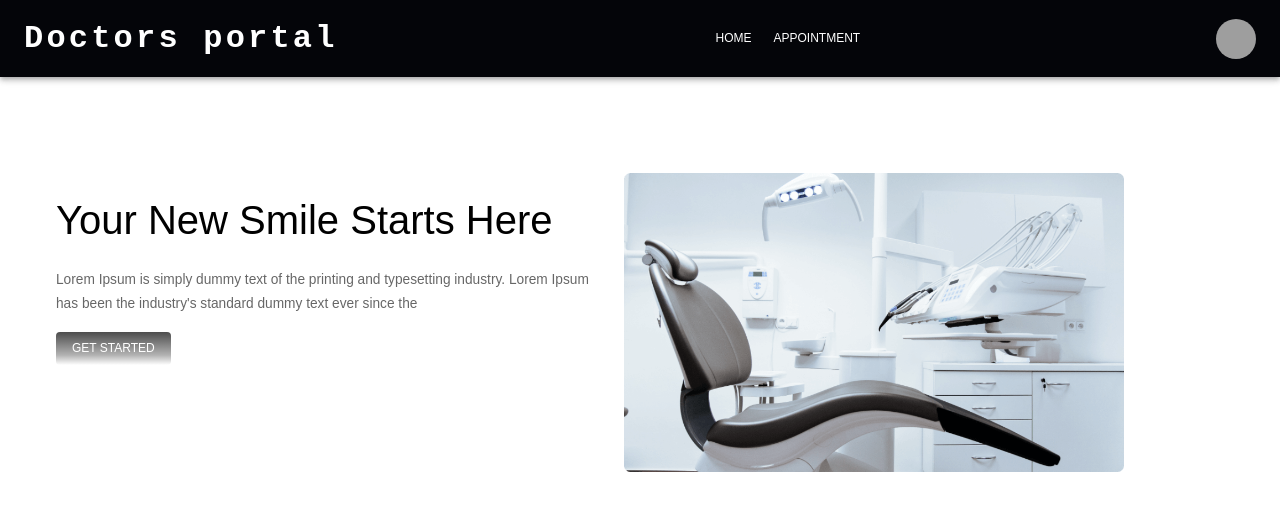
Repository: mdrubel02/health-care
Page: /home
An editor plug-in stored every save of this project. The page is shown before and after the next save, followed by the edit.
The browser window is 1280 px wide. The pictures show the whole page.
Pictures or frames that could not be fetched are drawn as grey boxes. The project was rebuilt for these pictures with package versions that can differ from the ones it lists, and the page was loaded fresh each time. Also part of the build but not shown: src/Pages/Appointment/Appointment.js.

Above is the page before, as saved 2022-11-15 10:49:35.

### src/index.js
import React from 'react';
import ReactDOM from 'react-dom';
import './index.css';
import App from './App';
import reportWebVitals from './reportWebVitals';
import { ColorContextProvider } from './Theme/Theme';

ReactDOM.render(
  <React.StrictMode>
    <ColorContextProvider>
      <App />
    </ColorContextProvider>
  </React.StrictMode>,
  document.getElementById('root')
);

// If you want to start measuring performance in your app, pass a function
// to log results (for example: reportWebVitals(console.log))
// or send to an analytics endpoint. Learn more: https://bit.ly/CRA-vitals
reportWebVitals();

### src/App.js
import { RouterProvider } from 'react-router-dom';
import router from './Layout/router';

function App() {
  return (
    <div>
     <RouterProvider router={router}></RouterProvider>
    </div>
  );
}

export default App;

### src/Theme/Theme.js
import { createTheme, ThemeProvider } from "@mui/material";
import { createContext, useMemo, useState } from "react";

// color design tokens export
export const DrawerWidth = 250;
export const tokens = (mode) => ({
    ...(mode === "dark"
        ? {
            grey: {
                100: "#e0e0e0",
                200: "#c2c2c2",
                300: "#a3a3a3",
                400: "#858585",
                500: "#666666",
                600: "#525252",
                700: "#3d3d3d",
                800: "#292929",
                900: "#141414",
            },
            primary: {
                100: "#d0d1d5",
                200: "#a1a4ab",
                300: "#727681",
                400: "#1F2A40",
                500: "#141b2d",
                600: "#101624",
                700: "#0c101b",
                800: "#080b12",
                900: "#040509",
            },
            greenAccent: {
                100: "#dbf5ee",
                200: "#b7ebde",
                300: "#94e2cd",
                400: "#70d8bd",
                500: "#4cceac",
                600: "#3da58a",
                700: "#2e7c67",
                800: "#1e5245",
                900: "#0f2922",
            },
            redAccent: {
                100: "#f8dcdb",
                200: "#f1b9b7",
                300: "#e99592",
                400: "#e2726e",
                500: "#db4f4a",
                600: "#af3f3b",
                700: "#832f2c",
                800: "#58201e",
                900: "#2c100f",
            },
            blueAccent: {
                100: "#e1e2fe",
                200: "#c3c6fd",
                300: "#a4a9fc",
                400: "#868dfb",
                500: "#6870fa",
                600: "#535ac8",
                700: "#3e4396",
                800: "#2a2d64",
                900: "#151632",
            },
        }
        : {
            grey: {
                100: "#141414",
                200: "#292929",
                300: "#3d3d3d",
                400: "#525252",
                500: "#666666",
                600: "#858585",
                700: "#a3a3a3",
                800: "#c2c2c2",
                900: "#e0e0e0",
            },
            primary: {
                100: "#040509",
                200: "#080b12",
                300: "#0c101b",
                400: "#f2f0f0", // manually changed
                500: "#141b2d",
                600: "#1F2A40",
                700: "#727681",
                800: "#a1a4ab",
                900: "#d0d1d5",
            },
            greenAccent: {
                100: "#0f2922",
                200: "#1e5245",
                300: "#2e7c67",
                400: "#3da58a",
                500: "#4cceac",
                600: "#70d8bd",
                700: "#94e2cd",
                800: "#b7ebde",
                900: "#dbf5ee",
            },
            redAccent: {
                100: "#2c100f",
                200: "#58201e",
                300: "#832f2c",
                400: "#af3f3b",
                500: "#db4f4a",
                600: "#e2726e",
                700: "#e99592",
                800: "#f1b9b7",
                900: "#f8dcdb",
            },
            blueAccent: {
                100: "#151632",
                200: "#2a2d64",
                300: "#3e4396",
                400: "#535ac8",
                500: "#6870fa",
                600: "#868dfb",
                700: "#a4a9fc",
                800: "#c3c6fd",
                900: "#e1e2fe",
            },
        }),
});

// mui theme settings
export const themeSettings = (mode) => {
    const colors = tokens(mode);
    return {
        palette: {
            mode: mode,
            ...(mode === "dark"
                ? {
                    // palette values for dark mode
                    primary: {
                        main: colors.primary[500],
                    },
                    secondary: {
                        main: colors.greenAccent[500],
                    },
                    neutral: {
                        dark: colors.grey[700],
                        main: colors.grey[500],
                        light: colors.grey[100],
                    },
                    background: {
                        default: colors.primary[500],
                    },
                }
                : {
                    // palette values for light mode
                    primary: {
                        main: colors.primary[100],
                    },
                    secondary: {
                        main: colors.greenAccent[500],
                    },
                    neutral: {
                        dark: colors.grey[700],
                        main: colors.grey[500],
                        light: colors.grey[100],
                    },
                    background: {
                        default: "#fcfcfc",
                    },
                }),
        },
        components: {

            MuiButton: {
                defaultProps: {
                    disableRipple: true,
                    disableElevation: true,
                    styleOverrides: {
                        textDecoration: 'none',
                        "&:hover": {
                            color: "#fff"
                        }
                    },
                },
                MuiTooltip: {
                    defaultProps: {
                      arrow: true,
                    },
                    styleOverrides: {
                      tooltip: {
                        background: '',
                      },
                      arrow: {
                        color: '',
                      },
                    },
                  },
            },
            MuiDrawer: {
                styleOverrides: {
                  paper: {
                    width: DrawerWidth,
                    background: '',
                    color: '',
                    borderRadius: '0px 100px 0px 0px',
                    borderRight: `1px solid `
                  }
                }
              },
              MuiDivider: {
                styleOverrides: {
                  root: {
                    borderColor: 'gray'
                  }
                }
              },
        },
        typography: {
            fontFamily: ["Source Sans Pro", "sans-serif"].join(","),
            fontSize: 12,
            h1: {
                fontFamily: ["Source Sans Pro", "sans-serif"].join(","),
                fontSize: 40,
            },
            h2: {
                fontFamily: ["Source Sans Pro", "sans-serif"].join(","),
                fontSize: 32,
            },
            h3: {
                fontSize: '1.3rem',
                letterSpacing: '0rem',
                '@media (min-width:600px)': {
                  fontSize: '2rem',
                },
            },
            h4: {
                fontFamily: ["Source Sans Pro", "sans-serif"].join(","),
                fontSize: 20,
            },
            h5: {
                fontFamily: ["Source Sans Pro", "sans-serif"].join(","),
                fontSize: 16,
            },
            h6: {
                fontFamily: ["Source Sans Pro", "sans-serif"].join(","),
                fontSize: 14,
            },
        },
    };
};

export const ColorModeContext = createContext({
    toggleMode: () => { },
    mode: "light"
})


export const ColorContextProvider = ({ children }) => {
    const [mode, setMode] = useState("light")

    const colorMode = useMemo(() => ({
        toggleMode: () => setMode(prevMode => prevMode === "light" ? "dark" : "light"),
        mode
    }), [mode])
    const theme = useMemo(() => createTheme(themeSettings(mode)), [mode]);

    return (
        <ColorModeContext.Provider value={colorMode}>
            <ThemeProvider theme={theme}>
                {children}
            </ThemeProvider>
        </ColorModeContext.Provider>
    )
}

### src/Layout/router.js
import { createBrowserRouter } from "react-router-dom";
import Appointment from "../Pages/Appointment/Appointment";
import Home from "../Pages/Home/Home";
import Main from "./Main";


const router = createBrowserRouter([{
    path: '/',
    element: <Main/>,
    children: [
        {path: '/',element: <Home/>},
        {path: '/home',element: <Home/>},
        {path: '/appointment',element: <Appointment/>},
    ]
}])
export default router;

### src/Pages/Home/Home.js
import { Container } from '@mui/material';
import React from 'react';
import Banner from './Banner/Banner';

const Home = () => {
    return (
        <Container>
           <Banner />
        </Container>
    );
};

export default Home;

### src/Layout/Main.js
import React from 'react';
import { Outlet } from 'react-router-dom';
import Header from '../Pages/Header/Header';

const Main = () => {
    return (
        <div>
           <Header/>
           <Outlet/>

        </div>
    );
};

export default Main;

### src/Pages/Home/Banner/Banner.js
import React from 'react';
import { Box, Button, CardContent, CardMedia, Grid, Typography } from '@mui/material';
import chair from '../../../assets/images/chair.png'

const Banner = () => {
    return (
        <Box sx={{  marginTop: '8rem', marginBottom: '3rem' }}>
            <Grid sx={{ flexGrow: 2}} container spacing={4}  >
                <Grid xs={12} md={12} lg={6}>
                    <Box sx={{ padding: '.5rem' }}>
                        <CardContent sx={{ flex: '1 0 auto' }}>
                            <Typography component="div" variant="h1" marginBottom='1.5rem'>
                                Your New Smile Starts Here
                            </Typography>
                            <Typography variant="subtitle1" color="text.secondary" component="p" sx={{marginBottom: '1rem'}}>
                                Lorem Ipsum is simply dummy text of the printing and typesetting industry. Lorem Ipsum has been the industry's standard dummy text ever since the
                            </Typography>
                            <Button
                            sx={{
                                background:
                                  'linear-gradient(to bottom, rgba(0,0,0,0.7) 0%, ' +
                                  'rgba(0,0,0,0.3) 70%, rgba(0,0,0,0) 100%)',
                                  color:'white',
                              }}

                            variant='content'>GET STARTED</Button>
                        </CardContent>

                    </Box>
                </Grid>
                <Grid xs={6} md={12} lg={6}>
                    <CardMedia
                        component="img"
                        sx={{ width: 500 }}
                        image={chair}
                        alt="Live from space album cover"
                    />
                </Grid>
            </Grid>
        </Box>
    );
};

export default Banner;

### src/Pages/Header/Header.js
import { AppBar, Avatar, Box, Button, Container, IconButton, Menu, MenuItem, Toolbar, Tooltip, Typography, useTheme } from '@mui/material';
import AdbIcon from '@mui/icons-material/Adb';
import MenuIcon from '@mui/icons-material/Menu';
import { Link as RouterLink } from 'react-router-dom';
import React, { useState } from 'react';
import { tokens } from '../../Theme/Theme';
// import { Link } from 'react-router-dom';
import './Header.css'


const settings = ['Profile', 'Account', 'Dashboard', 'Logout'];

const Header = () => {
    const theme = useTheme();
    const colors = tokens(theme.palette.mode);
    const [anchorElNav, setAnchorElNav] = useState(null);
    const [anchorElUser, setAnchorElUser] = useState(null);

    const items = <React.Fragment>
        <Button sx={{ color: 'white' }} component={RouterLink} to="/home">Home</Button>
        <Button sx={{ color: 'white' }} component={RouterLink} to="/appointment">Appointment</Button>
    </React.Fragment>

    const handleOpenNavMenu = (event) => {
        setAnchorElNav(event.currentTarget);
    };
    const handleOpenUserMenu = (event) => {
        setAnchorElUser(event.currentTarget);
    };

    const handleCloseNavMenu = () => {
        setAnchorElNav(null);
    };

    const handleCloseUserMenu = () => {
        setAnchorElUser(null);
    };
    return (
        <AppBar position="static">
            <Container maxWidth="xl">
                <Toolbar disableGutters>

                    <Typography
                        variant="h3"
                        noWrap
                        component="a"
                        href="/"
                        sx={{
                            mr: 2,
                            display: { xs: 'none', md: 'flex' },
                            fontFamily: 'monospace',
                            fontWeight: 700,
                            letterSpacing: '.2rem',
                            color: 'inherit',
                            textDecoration: 'none',
                        }}
                    >
                        Doctors portal
                    </Typography>

                    <Box className='middle' sx={{ flexGrow: 1, display: { xs: 'flex' ,  md: 'none' },justifyContent: 'center' }}>
                        <IconButton
                            size="large"
                            aria-label="account of current user"
                            aria-controls="menu-appbar"
                            aria-haspopup="true"
                            onClick={handleOpenNavMenu}
                            color="inherit"
                        >
                            <MenuIcon />
                        </IconButton>
                        <Menu
                            id="menu-appbar"
                            anchorEl={anchorElNav}
                            anchorOrigin={{
                                vertical: 'bottom',
                                horizontal: 'left',
                            }}
                            keepMounted
                            transformOrigin={{
                                vertical: 'top',
                                horizontal: 'left',
                            }}
                            open={Boolean(anchorElNav)}
                            onClose={handleCloseNavMenu}
                            sx={{
                                display: { xs: 'block', md: 'none' },
                            }}
                        >

                            <MenuItem onClick={handleCloseNavMenu}>
                                <Typography variant="h5" sx={{ color: 'withe' }} textAlign="center">{items}</Typography>
                            </MenuItem>

                        </Menu>
                    </Box>

                    <Typography
                        variant="h3"
                        noWrap
                        component="a"
                        href=""
                        sx={{
                            mr: 2,
                            display: { xs: 'flex', md: 'none' },
                            flexGrow: 1,
                            fontFamily: 'monospace',
                            fontWeight: 700,
                            letterSpacing: '.3rem',
                            color: 'inherit',
                            textDecoration: 'none',
                        }}
                    >
                        Doctors portal
                    </Typography>
                    <Box sx={{ flexGrow: 1, display: { xs: 'none', md: 'flex' } }}>

                        <Button

                            onClick={handleCloseNavMenu}
                            sx={{ color: `${colors.grey[400]} !important`, my: 2, display: 'block' }}
                        >
                            {items}
                        </Button>

                    </Box>

                    <Box sx={{ flexGrow: 0 }}>
                        <Tooltip title="Open settings">
                            <IconButton onClick={handleOpenUserMenu} sx={{ p: 0 }}>
                                <Avatar alt="Remy Sharp" src="/static/images/avatar/2.jpg" />
                            </IconButton>
                        </Tooltip>
                        <Menu
                            sx={{ mt: '45px' }}
                            id="menu-appbar"
                            anchorEl={anchorElUser}
                            anchorOrigin={{
                                vertical: 'top',
                                horizontal: 'right',
                            }}
                            keepMounted
                            transformOrigin={{
                                vertical: 'top',
                                horizontal: 'right',
                            }}
                            open={Boolean(anchorElUser)}
                            onClose={handleCloseUserMenu}
                        >
                            {settings.map((setting) => (
                                <MenuItem key={setting} onClick={handleCloseUserMenu}>
                                    <Typography textAlign="center">{setting}</Typography>
                                </MenuItem>
                            ))}
                        </Menu>
                    </Box>
                </Toolbar>
            </Container>
        </AppBar>
    );
};

export default Header;

### src/Pages/Header/Header.css
.lip{
    color: white;
}
.css-1t6c9ts{
    justify-content: center;
}

Loaded but not shown: public/index.html (common file); src/index.css (common file); src/reportWebVitals.js (common file)

After the next save:
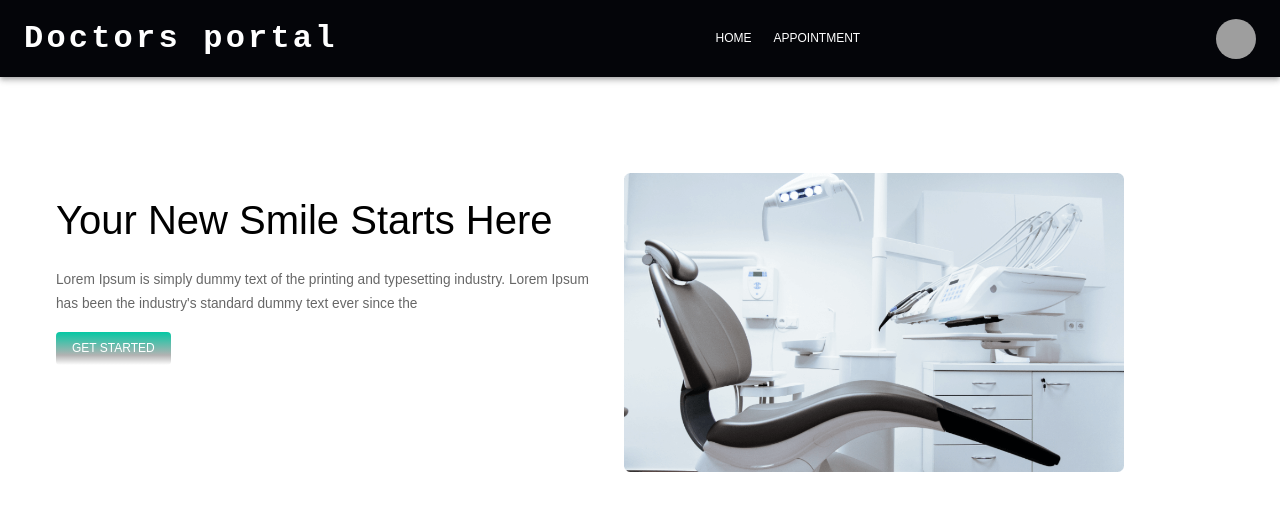
Saved 93 s later.
--- a/src/Pages/Home/Banner/Banner.js
+++ b/src/Pages/Home/Banner/Banner.js
@@ -18,7 +18,7 @@ const Banner = () => {
                             <Button
                             sx={{
                                 background:
-                                  'linear-gradient(to bottom, rgba(0,0,0,0.7) 0%, ' +
+                                  'linear-gradient(to bottom, #04C8A4 , ' +
                                   'rgba(0,0,0,0.3) 70%, rgba(0,0,0,0) 100%)',
                                   color:'white',
                               }}
